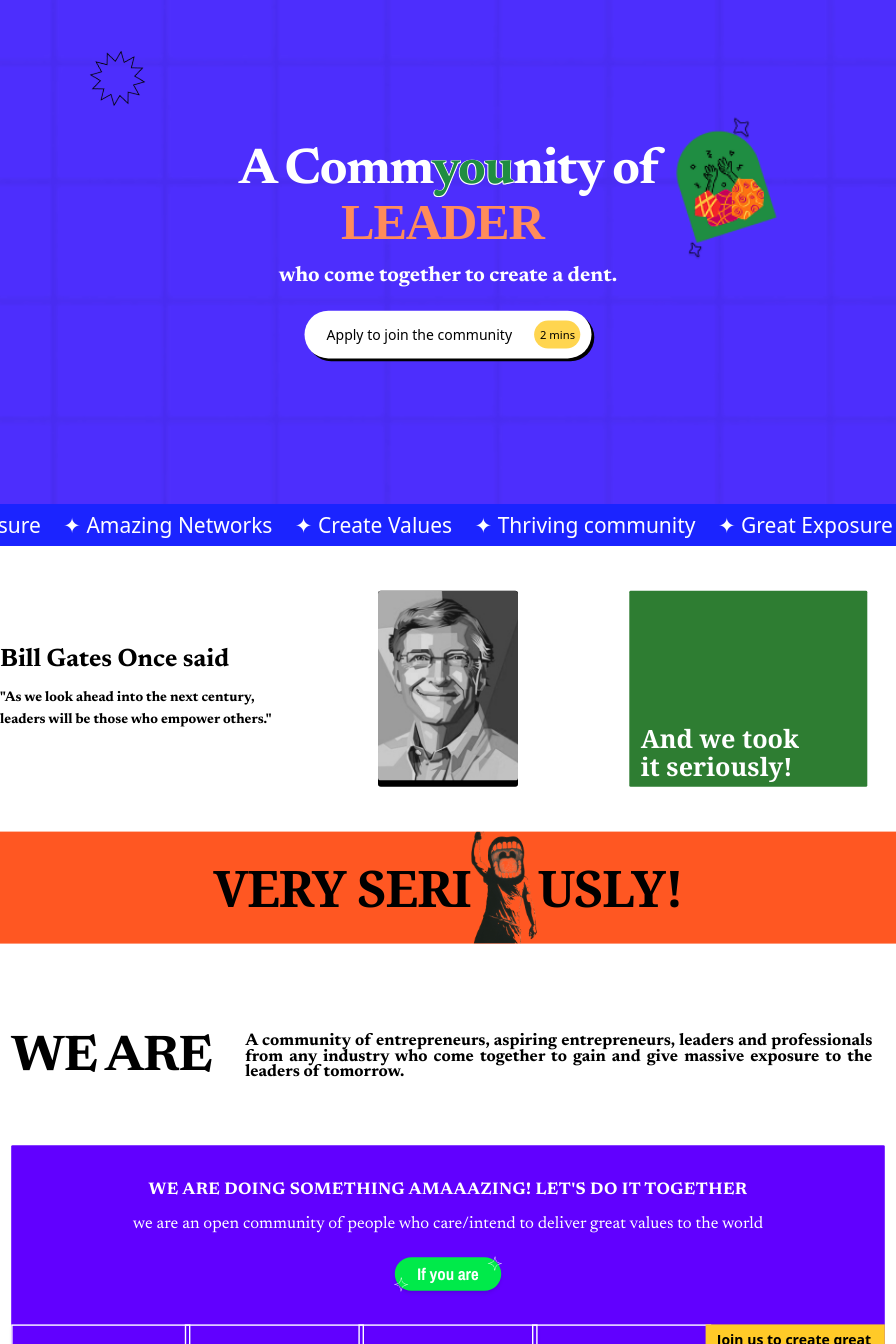
Repository: as-avni/dreamersite
Page: /
An editor plug-in stored every save of this project. The page is shown before and after a run of saves, followed by the edit.
The browser window is 1280 px wide. The pictures show the part of the page from y = 0 to 1920 px (the page is 2974 px tall), at 70% of full size.
Some web fonts or font styles are not loaded; a fallback is used. The project was rebuilt for these pictures with package versions that can differ from the ones it lists, and the page was loaded fresh each time. Some packages were replaced by stand-ins written for this rebuild. The framework's server and built-in components were replaced by stand-ins that run in the browser. Also part of the build but not shown: next.config.ts.

Above is the page before, as saved 2025-03-22 00:34:22.

After the next 12 saves:
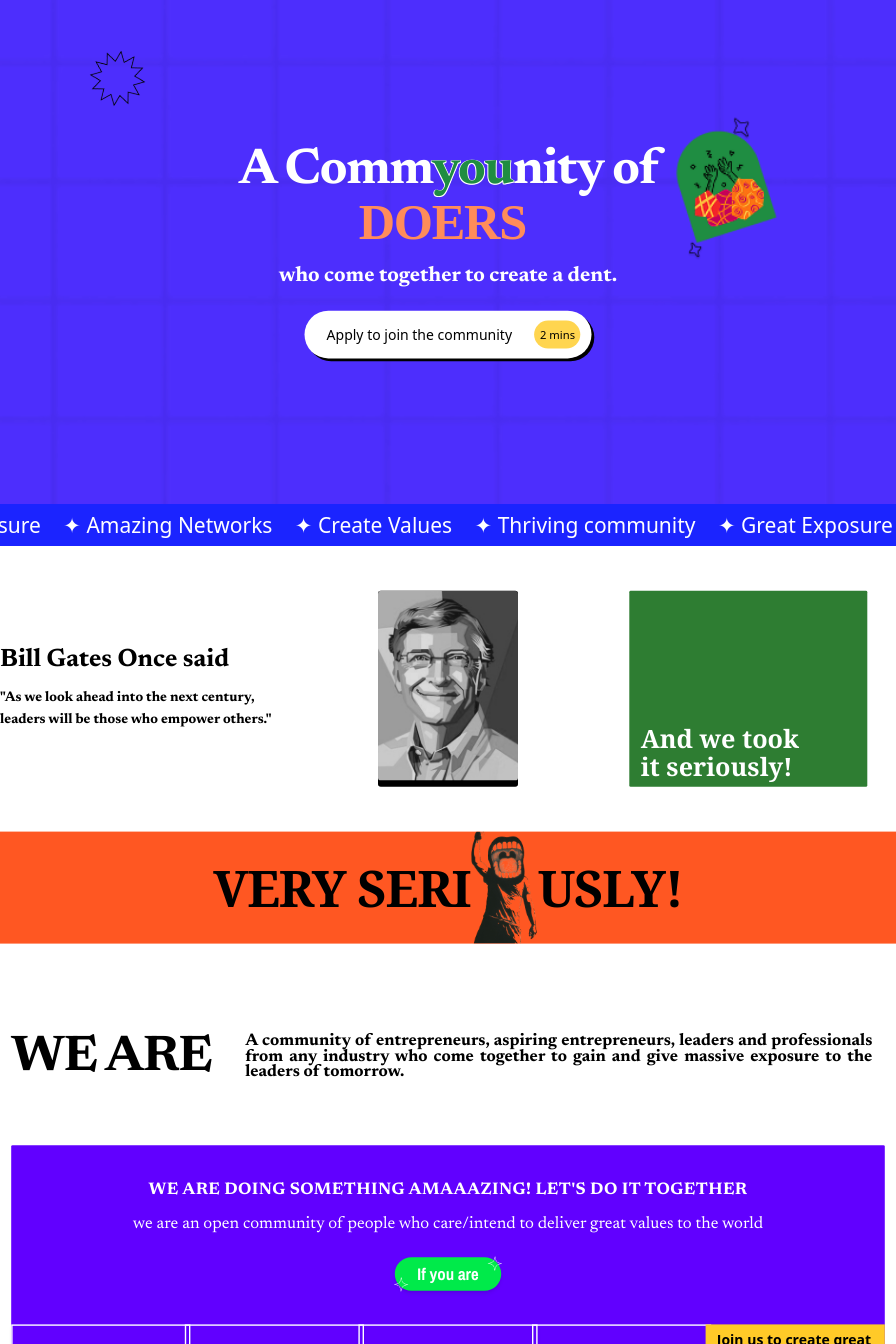
The 12 saves are shown as one change because 4 did not build or start and some came seconds apart.
The last was saved 89 s later.
--- a/src/components/hero.tsx
+++ b/src/components/hero.tsx
@@ -5,7 +5,7 @@
 
 
 export default function Hero() {
-  const words = ["DREAMER", "LEADER", "ENTREPRENEUR", "PROFESSIONAL"]
+  const words = ["DREAMER", "DOERS", "BELIEVERS", "ACHIEVERS"]
   return (
     <section className="relative flex flex-col items-center justify-center py-20 px-4 text-white text-center overflow-hidden bg-[url('/images/grid-bg.png')] bg-stretch h-screen">
 
